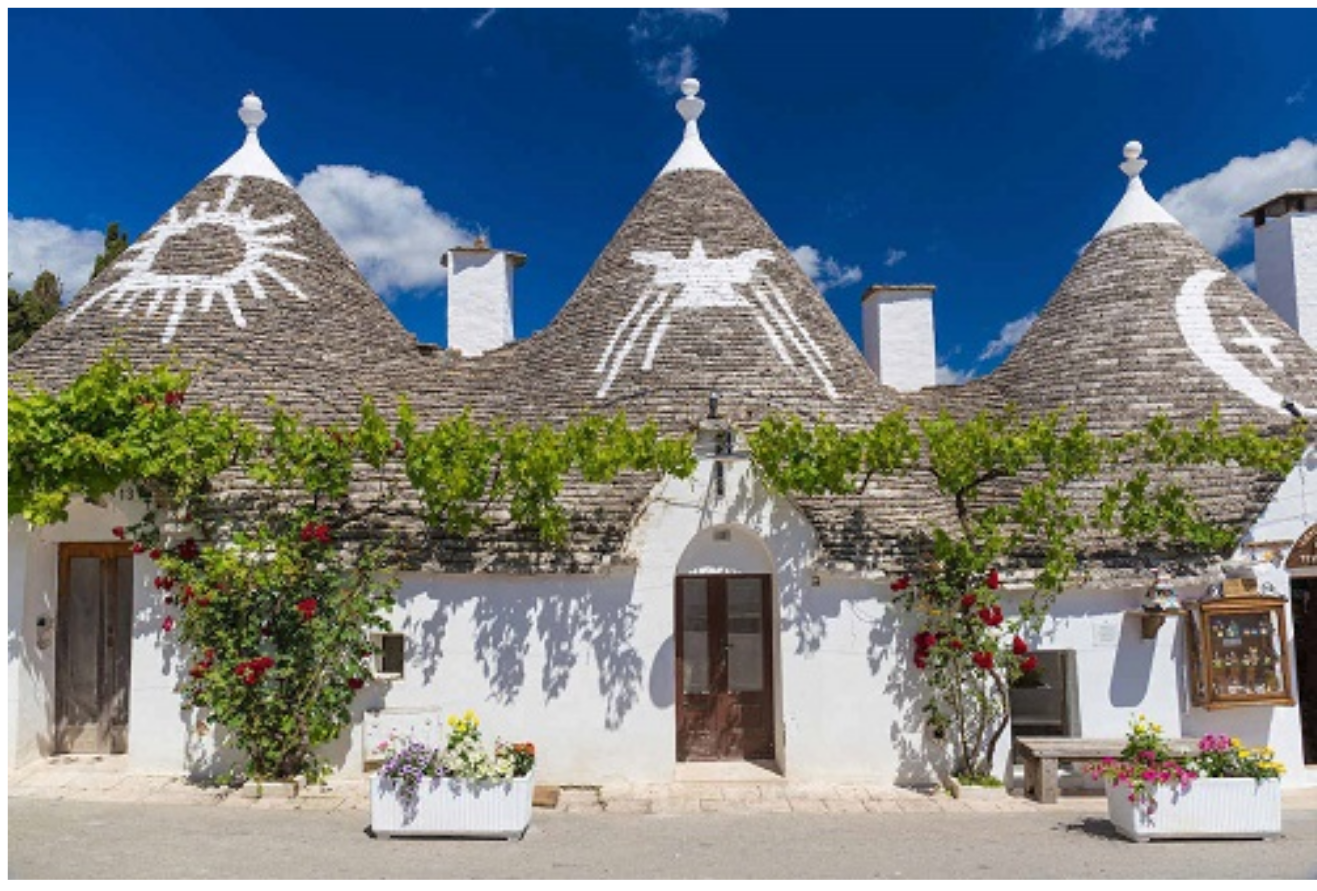
Repository: Kebiskim/2023_WebStudy
Page: 01_css/src/main/webapp/day01/Ex15_Box.html
An editor plug-in stored every save of this project. The page is shown before and after the next save, followed by the edit.
The browser window is 1280 px wide. The page is 1358 px wide, then 1280 px, so the pictures cover 1358 px, including what lies to the right of the window. The pictures show the whole page, at 97% of full size.

Above is the page before, as saved 2023-06-23 07:17:40.

After the next save:
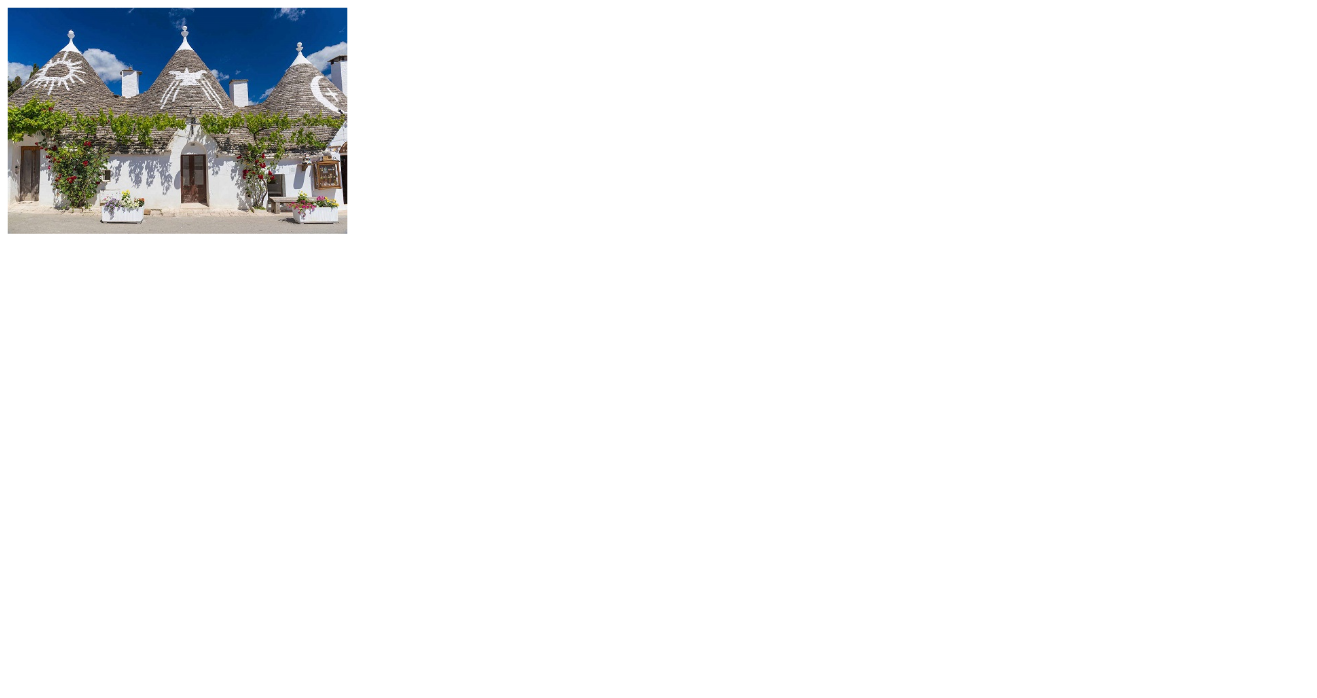
Saved 9 s later.
--- a/01_css/src/main/webapp/day01/Ex15_Box.html
+++ b/01_css/src/main/webapp/day01/Ex15_Box.html
@@ -5,6 +5,6 @@
 <title>Insert title here</title>
 </head>
 <body>
-	<img src="../images/pic_trulli.jpg" style="width:1350px;">
+	<img src="../images/pic_trulli.jpg" style="width: 350px;">
 </body>
 </html>
